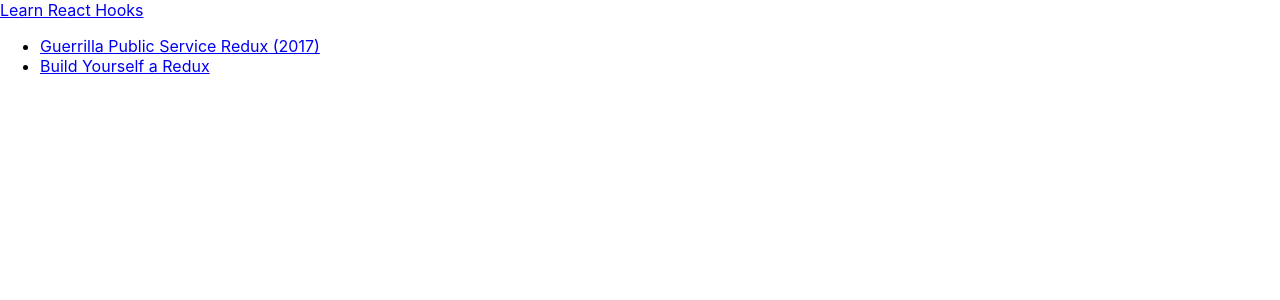
Repository: gapinska/react-hooks-tasks
Page: /
The author's editor kept a copy of each file at every save. The page is drawn from the files as they stood at one save, then again after a run of saves.
The browser window is 1280 px wide. The pictures show the whole page.
The project was rebuilt for these pictures with package versions that can differ from the ones it lists, and the page was loaded fresh each time. Also part of the build but not shown: src/App.css, src/components/Counter.js.

Above is the page before, as saved 2021-06-01 16:51:04.

After the next 3 saves:
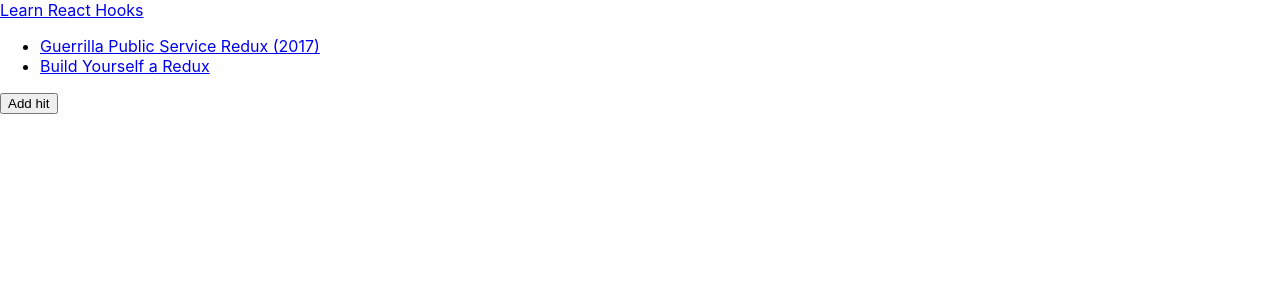
The 3 saves are shown as one change because 2 did not build or start.
The last was saved 3 h 25 min later.
--- a/src/App.js
+++ b/src/App.js
@@ -23,6 +23,14 @@
   useEffect(() => {
     setData(initialState.hits)
   }, [])
+
+  const hit = {
+    objectID: "14273549",
+    title: "New hit",
+    url: "https://zapier.com/engineering/how-to-build-redux/",
+  }
+
+  const addHit = () => setData(...data, hit)
   return (
     <div>
       <div>
@@ -46,6 +54,7 @@
           ))}
         </ul>
       </div>
+      <button onClick={addHit}>Add hit</button>
     </div>
   )
 }
